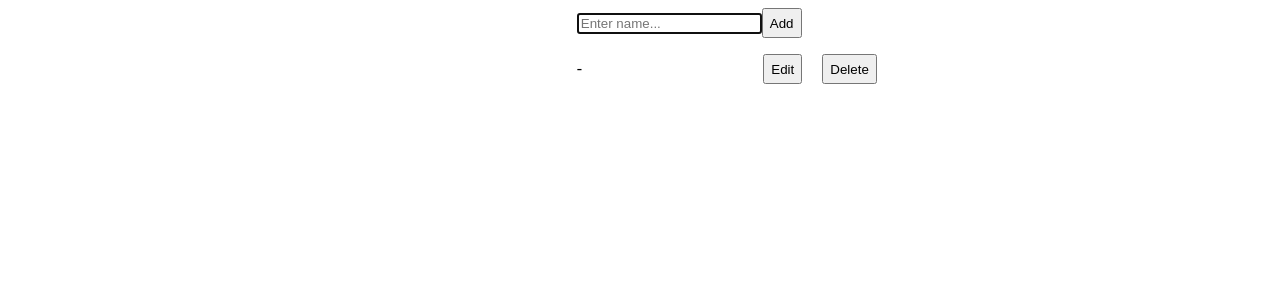
Repository: dohuuxuyen/redux-todolist
Page: /, after clicking the first element matching `button`
The author's editor kept a copy of each file at every save. The page is drawn from the files as they stood at one save, then again after the next save.
The browser window is 1280 px wide. The pictures show the whole page.
The project was rebuilt for these pictures with package versions that can differ from the ones it lists, and the page was loaded fresh each time. Also part of the build but not shown: src/App.css.

Above is the page before, as saved 2022-04-30 14:04:07.

After the next save:
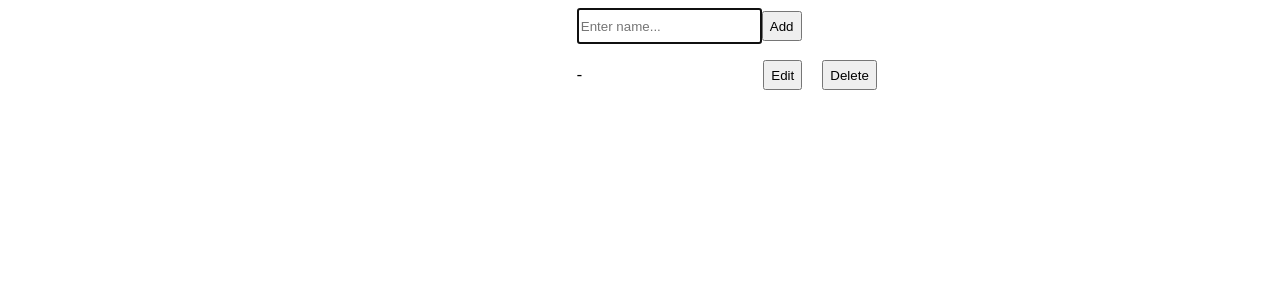
Saved 16 s later.
--- a/src/components/Todos/Todos.jsx
+++ b/src/components/Todos/Todos.jsx
@@ -27,6 +27,7 @@ const Todos = () => {
   return (
     <div style={{ width: "300px", marginLeft: "45%" }}>
       <input
+        style={{ height: "30px" }}
         ref={refTodoInput}
         value={todoInput}
         type="text"
